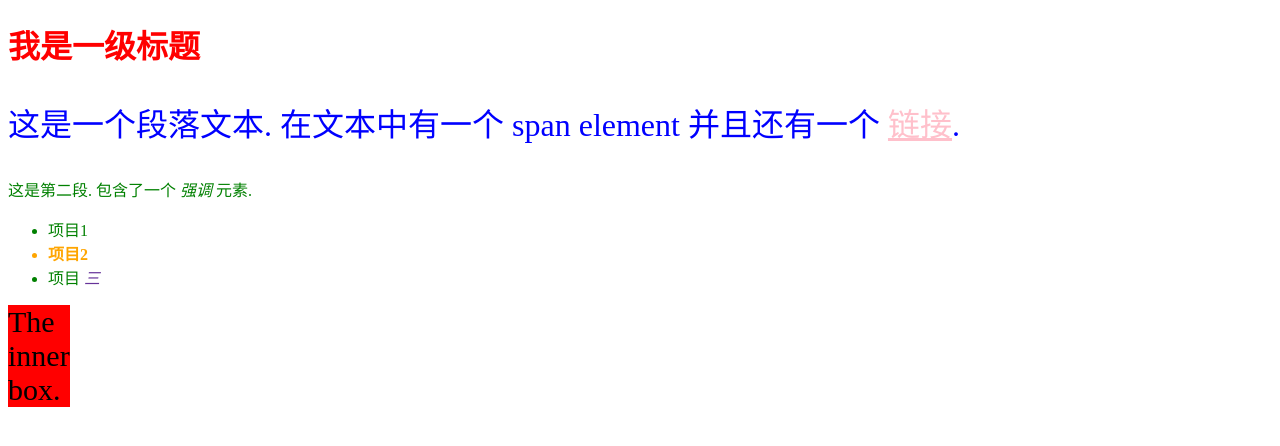
Repository: Valhally/web-projects
Page: sample-site/index.html
The author's editor kept a copy of each file at every save. The page is drawn from the files as they stood at one save, then again after the next save.
The browser window is 1280 px wide. The pictures show the whole page.

Above is the page before, as saved 2021-08-10 20:35:29.

After the next save:
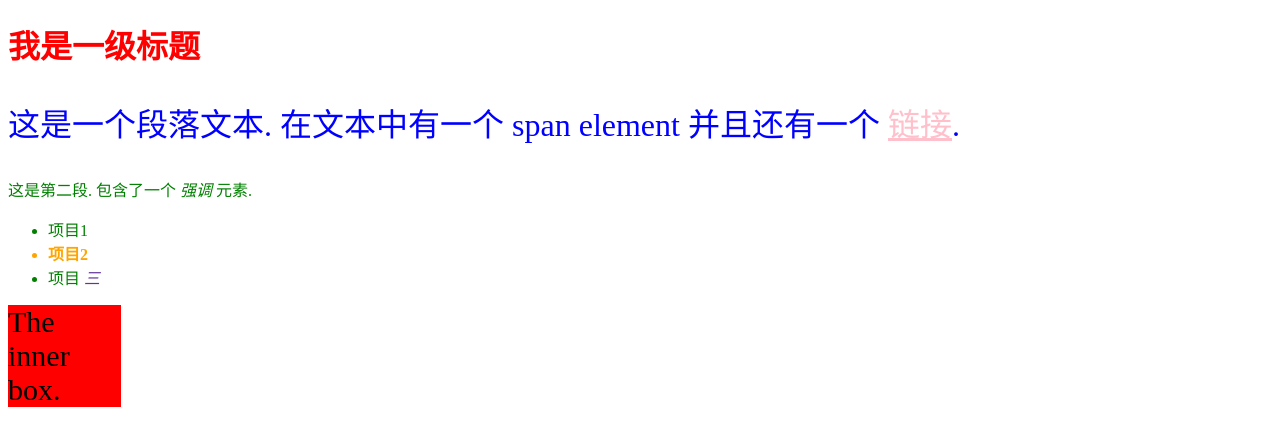
Saved 12 s later.
--- a/sample-site/resources/styles.css
+++ b/sample-site/resources/styles.css
@@ -36,6 +36,6 @@
 
 .inner {
     font-size: 30px;
-    width: min-content;
+    width: 3cm;
     background-color: red;
 }
